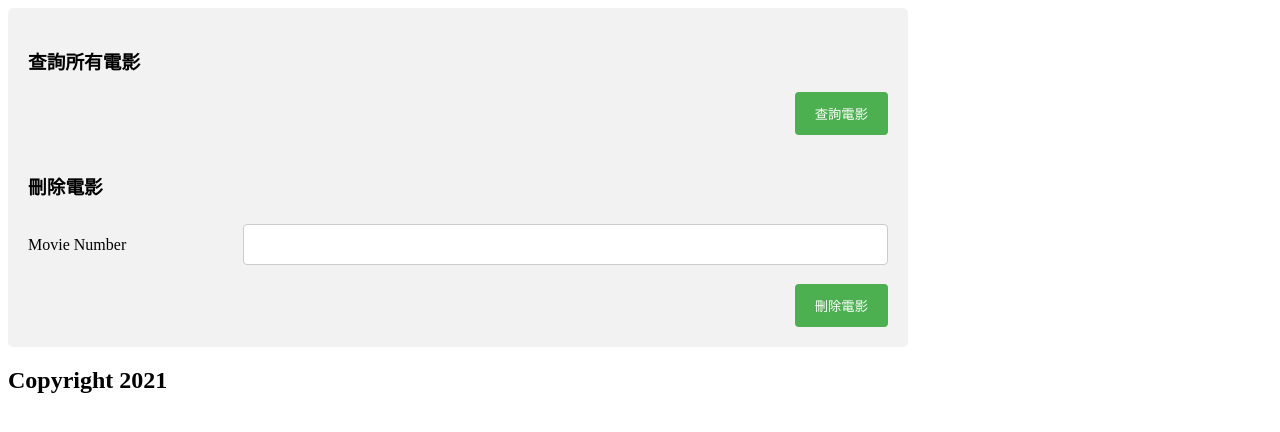
Repository: PEICHI26/Cinema
Page: http://localhost/Cinema/Delete.jsp
The author's editor kept a copy of each file at every save. The page is drawn from the files as they stood at one save, then again after the next save.
The browser window is 1280 px wide. The pictures show the whole page.
The page is served by Tomcat 9. Nobody is signed in. The application's start-up code is not run.

Above is the page before, as saved 2021-12-18 02:50:18.

After the next save:
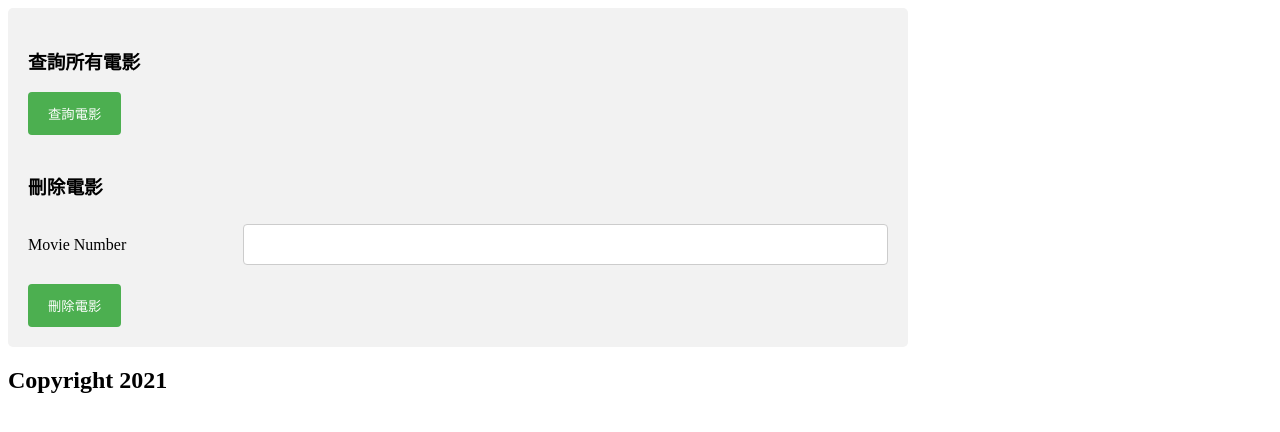
Saved 2 min 46 s later.
--- a/Cinema/src/main/webapp/Delete.jsp
+++ b/Cinema/src/main/webapp/Delete.jsp
@@ -30,7 +30,7 @@ input[type=submit] {
 	border: none;
 	border-radius: 4px;
 	cursor: pointer;
-	float: right;
+	float: left;
 }
 
 input[type=submit]:hover {
